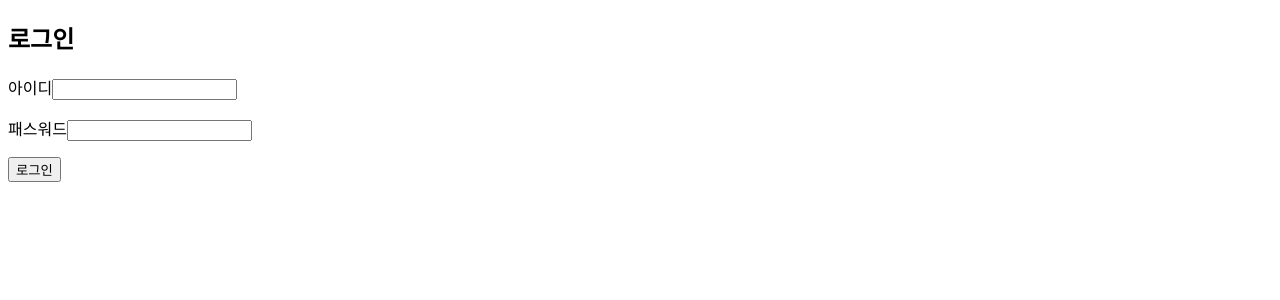
Repository: taiseidesu97/space_jspworks
Page: http://localhost/jweb0/cart/loginForm.jsp
These files come from the project's save history. The page is drawn as it stood at one moment and after the next save; the edit follows.
The browser window is 1280 px wide. The pictures show the whole page.
The page is served by Tomcat 10. Other server files are loaded and not shown.

Above is the page before, as saved 2025-10-13 02:55:14.

### jweb0/src/main/webapp/cart/loginForm.jsp
<%@ page language="java" contentType="text/html; charset=UTF-8"
    pageEncoding="UTF-8"%>
<!DOCTYPE html>
<html>
<head>
<meta charset="UTF-8">
<title>로그인 폼</title>
</head>
<body>
<h2>로그인</h2>
<form action="session01_process.jsp" method="post">
<p>아이디<input type="text" name="id"></p>
<p>패스워드<input type="password" name="passwd"></p>
<p><input type="submit" value="로그인"></p>
</form>

</body>
</html>

After the next save:
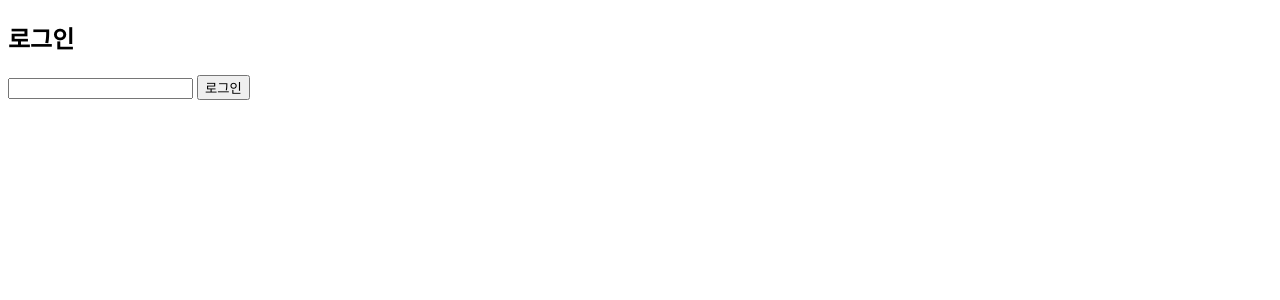
Saved 9 min 0 s later.
--- a/jweb0/src/main/webapp/cart/loginForm.jsp
+++ b/jweb0/src/main/webapp/cart/loginForm.jsp
@@ -8,10 +8,10 @@
 </head>
 <body>
 <h2>로그인</h2>
-<form action="session01_process.jsp" method="post">
-<p>아이디<input type="text" name="id"></p>
-<p>패스워드<input type="password" name="passwd"></p>
-<p><input type="submit" value="로그인"></p>
+<form action="selProduct.jsp" method="post">
+<p><input type="text" name="username">
+<input type="submit" value="로그인">
+</p>
 </form>
 
 </body>
